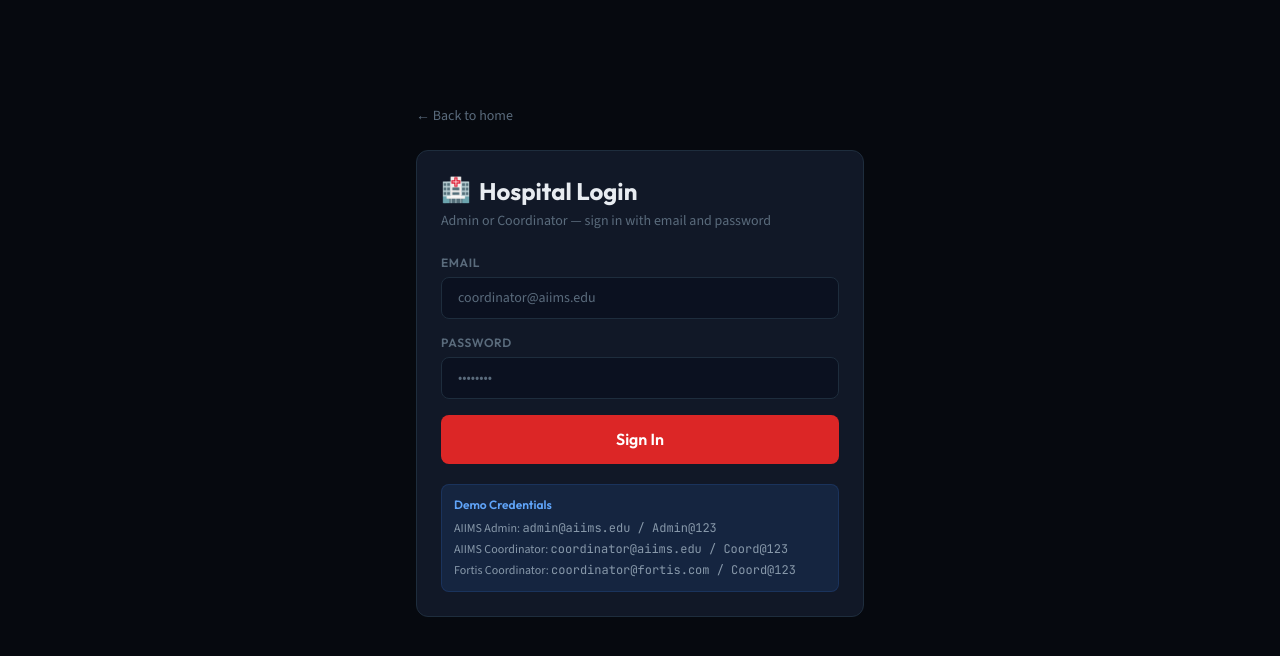
Repository: maitri25jain/LifeBride-Hackmol-
Page: /hospital/login (app in frontend/)
These files come from the project's save history. The page is drawn as it stood at one moment and after the next save; the edit follows.
The browser window is 1280 px wide. The pictures show the whole page.
The project was rebuilt for these pictures with package versions that can differ from the ones it lists, and the page was loaded fresh each time. Also part of the build but not shown: frontend/vite.config.js, frontend/src/pages/Landing/Landing.jsx, frontend/src/pages/CitizenAuth/CitizenAuth.jsx, frontend/src/pages/CitizenDashboard/CitizenDashboard.jsx, frontend/src/pages/HospitalDashboard/HospitalDashboard.jsx.

Above is the page before, as saved 2026-03-29 10:30:15.

### frontend/index.html
<!DOCTYPE html>
<html lang="en">
  <head>
    <meta charset="UTF-8" />
    <link rel="icon" type="image/svg+xml" href="data:[embedded picture, 125 characters]" />
    <meta name="viewport" content="width=device-width, initial-scale=1.0" />
    <title>LifeBridge — Save Lives, Bridge the Gap</title>
  </head>
  <body>
    <div id="root"></div>
    <script type="module" src="/src/main.jsx"></script>
  </body>
</html>

### frontend/src/App.jsx
import { BrowserRouter, Routes, Route, Navigate } from 'react-router-dom';
// 🚨 Notice we are importing BOTH from our new useAuth.jsx file now!
import { AuthProvider, useAuth } from './context/useAuth';
import Landing from './pages/Landing/Landing';
import CitizenAuth from './pages/CitizenAuth/CitizenAuth';
import CitizenDashboard from './pages/CitizenDashboard/CitizenDashboard';
import HospitalLogin from './pages/HospitalLogin/HospitalLogin';
import HospitalDashboard from './pages/HospitalDashboard/HospitalDashboard';

function ProtectedCitizen({ children }) {
  const { isLoggedIn } = useAuth();
  return isLoggedIn ? children : <Navigate to="/citizen/auth" replace />;
}

function ProtectedHospital({ children }) {
  const { isLoggedIn } = useAuth();
  return isLoggedIn ? children : <Navigate to="/hospital/login" replace />;
}

export default function App() {
  return (
    <BrowserRouter>
      {/* This provider is now correctly powering your entire app */}
      <AuthProvider>
        <Routes>
          <Route path="/" element={<Landing />} />
          <Route path="/citizen/auth" element={<CitizenAuth />} />
          <Route path="/citizen/dashboard" element={<ProtectedCitizen><CitizenDashboard /></ProtectedCitizen>} />
          <Route path="/hospital/login" element={<HospitalLogin />} />
          <Route path="/hospital/dashboard" element={<ProtectedHospital><HospitalDashboard /></ProtectedHospital>} />
          <Route path="*" element={<Navigate to="/" replace />} />
        </Routes>
      </AuthProvider>
    </BrowserRouter>
  );
}

### frontend/src/index.css
@import url('https://fonts.googleapis.com/css2?family=Outfit:wght@300;400;500;600;700;800;900&family=Source+Sans+3:ital,wght@0,300;0,400;0,500;0,600;0,700;1,400&family=JetBrains+Mono:wght@400;500;600&display=swap');

@tailwind base;
@tailwind components;
@tailwind utilities;

:root {
  --bg-deep:    #06090f;
  --bg-base:    #0b1120;
  --bg-raised:  #111827;
  --bg-surface: #1a2332;
  --bg-hover:   #1f2d40;
  --border:     #1e2d3d;
  --border-lit: #2a3f55;

  --text-primary:   #e8ecf1;
  --text-secondary: #8899aa;
  --text-muted:     #5a6b7c;

  --red-50:  #fef2f2;
  --red-100: #fee2e2;
  --red-400: #f87171;
  --red-500: #ef4444;
  --red-600: #dc2626;
  --red-700: #b91c1c;
  --red-glow: rgba(239, 68, 68, 0.15);

  --green-400: #34d399;
  --green-500: #10b981;
  --green-600: #059669;
  --green-glow: rgba(16, 185, 129, 0.15);

  --blue-400: #60a5fa;
  --blue-500: #3b82f6;
  --blue-glow: rgba(59, 130, 246, 0.12);

  --amber-400: #fbbf24;
  --amber-500: #f59e0b;
  --amber-glow: rgba(245, 158, 11, 0.12);

  --font-display: 'Outfit', sans-serif;
  --font-body:    'Source Sans 3', sans-serif;
  --font-mono:    'JetBrains Mono', monospace;
}

* { box-sizing: border-box; margin: 0; padding: 0; }

body {
  font-family: var(--font-body);
  background: var(--bg-deep);
  color: var(--text-primary);
  -webkit-font-smoothing: antialiased;
  -moz-osx-font-smoothing: grayscale;
  line-height: 1.6;
}

::-webkit-scrollbar { width: 6px; }
::-webkit-scrollbar-track { background: var(--bg-base); }
::-webkit-scrollbar-thumb { background: var(--border-lit); border-radius: 3px; }
::-webkit-scrollbar-thumb:hover { background: var(--text-muted); }

@layer components {
  .card {
    @apply rounded-xl p-6;
    background: var(--bg-raised);
    border: 1px solid var(--border);
  }
  .card-surface {
    @apply rounded-xl p-5;
    background: var(--bg-surface);
    border: 1px solid var(--border);
  }

  .btn-primary {
    @apply px-5 py-2.5 rounded-lg font-semibold text-white transition-all duration-200 cursor-pointer;
    background: var(--red-600);
    font-family: var(--font-display);
  }
  .btn-primary:hover {
    background: var(--red-500);
    transform: translateY(-1px);
    box-shadow: 0 4px 20px var(--red-glow);
  }
  .btn-primary:disabled {
    opacity: 0.5;
    cursor: not-allowed;
    transform: none;
    box-shadow: none;
  }

  .btn-secondary {
    @apply px-5 py-2.5 rounded-lg font-semibold transition-all duration-200 cursor-pointer;
    background: var(--bg-surface);
    color: var(--text-primary);
    border: 1px solid var(--border-lit);
    font-family: var(--font-display);
  }
  .btn-secondary:hover {
    background: var(--bg-hover);
    border-color: var(--text-muted);
  }

  .btn-ghost {
    @apply px-4 py-2 rounded-lg text-sm transition-all duration-200 cursor-pointer;
    color: var(--text-secondary);
    background: transparent;
  }
  .btn-ghost:hover {
    background: var(--bg-surface);
    color: var(--text-primary);
  }

  .btn-emerald {
    @apply px-5 py-2.5 rounded-lg font-semibold text-white transition-all duration-200 cursor-pointer;
    background: var(--green-600);
    font-family: var(--font-display);
  }
  .btn-emerald:hover {
    background: var(--green-500);
    box-shadow: 0 4px 20px var(--green-glow);
  }

  .input-field {
    @apply w-full px-4 py-2.5 rounded-lg text-sm outline-none transition-all duration-200;
    background: var(--bg-base);
    border: 1px solid var(--border);
    color: var(--text-primary);
    font-family: var(--font-body);
  }
  .input-field::placeholder { color: var(--text-muted); }
  .input-field:focus {
    border-color: var(--red-500);
    box-shadow: 0 0 0 3px var(--red-glow);
  }

  .select-field {
    @apply w-full px-4 py-2.5 rounded-lg text-sm outline-none transition-all duration-200 appearance-none;
    background: var(--bg-base);
    border: 1px solid var(--border);
    color: var(--text-primary);
    font-family: var(--font-body);
    background-image: url("data:[embedded picture, 161 characters]");
    background-repeat: no-repeat;
    background-position: right 12px center;
  }
  .select-field:focus {
    border-color: var(--red-500);
    box-shadow: 0 0 0 3px var(--red-glow);
  }

  .label {
    @apply block text-xs font-semibold uppercase tracking-wider mb-1.5;
    color: var(--text-muted);
    font-family: var(--font-display);
  }

  .badge {
    @apply inline-flex items-center px-2.5 py-0.5 rounded-full text-xs font-semibold;
    font-family: var(--font-display);
  }
  .badge-critical { background: rgba(239,68,68,0.15); color: var(--red-400); border: 1px solid rgba(239,68,68,0.25); }
  .badge-urgent   { background: var(--amber-glow); color: var(--amber-400); border: 1px solid rgba(245,158,11,0.25); }
  .badge-standard { background: var(--green-glow); color: var(--green-400); border: 1px solid rgba(16,185,129,0.25); }
  .badge-normal   { background: var(--green-glow); color: var(--green-400); border: 1px solid rgba(16,185,129,0.25); }
  .badge-active   { background: var(--green-glow); color: var(--green-400); border: 1px solid rgba(16,185,129,0.25); }
  .badge-verified { background: var(--blue-glow); color: var(--blue-400); border: 1px solid rgba(59,130,246,0.25); }
  .badge-info     { background: var(--blue-glow); color: var(--blue-400); border: 1px solid rgba(59,130,246,0.25); }
}

@keyframes fadeUp {
  from { opacity: 0; transform: translateY(16px); }
  to   { opacity: 1; transform: translateY(0); }
}
@keyframes fadeIn {
  from { opacity: 0; }
  to   { opacity: 1; }
}
@keyframes pulseGlow {
  0%, 100% { box-shadow: 0 0 0 0 rgba(239, 68, 68, 0.4); }
  50%      { box-shadow: 0 0 0 10px rgba(239, 68, 68, 0); }
}
@keyframes spin {
  to { transform: rotate(360deg); }
}
.animate-fadeUp   { animation: fadeUp 0.5s ease-out forwards; }
.animate-fadeIn   { animation: fadeIn 0.3s ease-out forwards; }
.animate-pulse-glow { animation: pulseGlow 2s infinite; }
.animate-spin     { animation: spin 0.8s linear infinite; }

.stagger > *:nth-child(1) { animation-delay: 0ms; }
.stagger > *:nth-child(2) { animation-delay: 60ms; }
.stagger > *:nth-child(3) { animation-delay: 120ms; }
.stagger > *:nth-child(4) { animation-delay: 180ms; }
.stagger > *:nth-child(5) { animation-delay: 240ms; }
.stagger > *:nth-child(6) { animation-delay: 300ms; }

### frontend/src/context/useAuth.jsx
import { createContext, useContext, useState} from 'react';
// We import the helper functions directly from our API file!
import { getStoredUser, isAuthenticated, logout } from '../api';

const AuthContext = createContext(null);

export function AuthProvider({ children }) {
  const [user, setUser] = useState(getStoredUser());
  const [isLoggedIn, setIsLoggedIn] = useState(isAuthenticated());

  // This runs when you successfully verify the OTP in CitizenAuth
  const setCitizenUser = () => {
    // api.js already saved the token to localStorage, we just update the UI state
    setUser(getStoredUser());
    setIsLoggedIn(true);
  };

  const handleLogout = () => {
    logout(); // This clears 'lb_token' and 'lb_user'
    setUser(null);
    setIsLoggedIn(false);
  };

  return (
    <AuthContext.Provider value={{ user, isLoggedIn, setCitizenUser, logout: handleLogout }}>
      {children}
    </AuthContext.Provider>
  );
}
// eslint-disable-next-line react-refresh/only-export-components
export const useAuth = () => useContext(AuthContext);

### frontend/src/pages/HospitalLogin/HospitalLogin.jsx
import { useState } from 'react';
import { useNavigate, Link } from 'react-router-dom';
import { useAuth } from '../../context/useAuth';
import { hospitalAuth } from "../../api";

export default function HospitalLogin() {
  const navigate = useNavigate();
  const { setCitizenUser } = useAuth();
  const [email, setEmail] = useState('');
  const [password, setPassword] = useState('');
  const [error, setError] = useState('');
  const [loading, setLoading] = useState(false);

  async function handleSubmit(e) {
    e.preventDefault();
    setError('');
    setLoading(true);
    try {
      await hospitalAuth.login(email, password);
      setCitizenUser();
      navigate('/hospital/dashboard');
    } catch (err) {
      setError(err.message);
    }
    setLoading(false);
  }

  return (
    <div
      className="min-h-screen flex items-center justify-center px-6"
      style={{ background: 'var(--bg-deep)' }}
    >
      <div className="w-full max-w-md">
        <Link
          to="/"
          className="inline-flex items-center gap-1 text-sm mb-6"
          style={{ color: 'var(--text-muted)' }}
        >
          ← Back to home
        </Link>

        <div className="card">
          <div className="flex items-center gap-2 mb-1">
            <span className="text-2xl">🏥</span>
            <h1 className="text-2xl font-bold font-display">Hospital Login</h1>
          </div>
          <p className="text-sm mb-6" style={{ color: 'var(--text-muted)' }}>
            Admin or Coordinator — sign in with email and password
          </p>

          <form onSubmit={handleSubmit} className="space-y-4">
            <div>
              <label className="label">Email</label>
              <input
                className="input-field"
                type="email"
                value={email}
                onChange={(e) => setEmail(e.target.value)}
                placeholder="coordinator@aiims.edu"
                required
              />
            </div>
            <div>
              <label className="label">Password</label>
              <input
                className="input-field"
                type="password"
                value={password}
                onChange={(e) => setPassword(e.target.value)}
                placeholder="••••••••"
                required
              />
            </div>
            {error && (
              <div
                className="text-sm px-3 py-2 rounded-lg"
                style={{
                  background: 'var(--red-glow)',
                  color: 'var(--red-400)',
                  border: '1px solid rgba(239,68,68,0.2)',
                }}
              >
                {error}
              </div>
            )}
            <button type="submit" className="btn-primary w-full !py-3" disabled={loading}>
              {loading ? (
                <span className="flex items-center justify-center gap-2">
                  <span
                    className="w-4 h-4 border-2 rounded-full animate-spin"
                    style={{
                      borderColor: 'rgba(255,255,255,0.3)',
                      borderTopColor: 'white',
                    }}
                  />
                  Signing in...
                </span>
              ) : (
                'Sign In'
              )}
            </button>
          </form>

          <div
            className="mt-5 p-3 rounded-lg text-xs"
            style={{
              background: 'var(--blue-glow)',
              border: '1px solid rgba(59,130,246,0.15)',
            }}
          >
            <span className="font-semibold font-display" style={{ color: 'var(--blue-400)' }}>
              Demo Credentials
            </span>
            <div className="mt-1.5 space-y-1" style={{ color: 'var(--text-secondary)' }}>
              <p>
                AIIMS Admin:{' '}
                <span className="font-mono">admin@aiims.edu / Admin@123</span>
              </p>
              <p>
                AIIMS Coordinator:{' '}
                <span className="font-mono">coordinator@aiims.edu / Coord@123</span>
              </p>
              <p>
                Fortis Coordinator:{' '}
                <span className="font-mono">coordinator@fortis.com / Coord@123</span>
              </p>
            </div>
          </div>
        </div>
      </div>
    </div>
  );
}

### frontend/src/api.js
/**
 * API client for LifeBridge FastAPI backend.
 * Maps 1:1 to every endpoint in your backend.
 *
 * Auth strategy:
 *   Hospital staff → email + password → JWT stored in localStorage + httpOnly cookie
 *   Citizens       → phone + OTP (always 123456) → JWT stored in localStorage
 */

const BASE = import.meta.env.VITE_API_URL || 'http://localhost:8000/api';

async function request(path, options = {}) {
  const token = localStorage.getItem('lb_token');

  const headers = {
    'Content-Type': 'application/json',
    ...(token && { Authorization: `Bearer ${token}` }),
    ...options.headers,
  };

  const res = await fetch(`${BASE}${path}`, {
    ...options,
    headers,
    credentials: 'include',
  });

  if (res.status === 401) {
    localStorage.removeItem('lb_token');
    localStorage.removeItem('lb_user');
  }

  const data = await res.json().catch(() => ({}));

  if (!res.ok) {
    const error = new Error(data.detail || data.error || 'Request failed');
    error.status = res.status;
    error.data = data;
    throw error;
  }

  return data;
}

// ═══════════════════════════════════════════════
// HOSPITAL STAFF AUTH — email + password
// Backend: POST /api/auth/login, GET /api/auth/me
// ═══════════════════════════════════════════════

export const hospitalAuth = {
  login: async (email, password) => {
    const data = await request('/auth/login', {
      method: 'POST',
      body: JSON.stringify({ email, password }),
    });
    if (data.access_token) {
      localStorage.setItem('lb_token', data.access_token);
    }
    return data;
  },

  getMe: () => request('/auth/me'),
};

// ═══════════════════════════════════════════════
// CITIZEN AUTH — phone + OTP
// Backend: POST /api/auth/register/send-otp
//          POST /api/auth/register/verify
//          POST /api/auth/login/send-otp
//          POST /api/auth/login/verify
// ═══════════════════════════════════════════════

export const citizenAuth = {
  registerSendOTP: (payload) =>
    request('/auth/register/send-otp', {
      method: 'POST',
      body: JSON.stringify(payload),
    }),

  registerVerify: async (phone, otp) => {
    const data = await request('/auth/register/verify', {
      method: 'POST',
      body: JSON.stringify({ phone, otp }),
    });
    if (data.access_token) {
      localStorage.setItem('lb_token', data.access_token);
      localStorage.setItem(
        'lb_user',
        JSON.stringify({
          id: data.citizen_id,
          name: data.full_name,
          phone: data.phone,
          blood_type: data.blood_type,
          role: 'citizen',
          has_pledge: data.has_pledge,
        })
      );
    }
    return data;
  },

  loginSendOTP: (phone) =>
    request('/auth/login/send-otp', {
      method: 'POST',
      body: JSON.stringify({ phone }),
    }),

  loginVerify: async (phone, otp) => {
    const data = await request('/auth/login/verify', {
      method: 'POST',
      body: JSON.stringify({ phone, otp }),
    });
    if (data.access_token) {
      localStorage.setItem('lb_token', data.access_token);
      localStorage.setItem(
        'lb_user',
        JSON.stringify({
          id: data.citizen_id,
          name: data.full_name,
          phone: data.phone,
          blood_type: data.blood_type,
          role: 'citizen',
          has_pledge: data.has_pledge,
        })
      );
    }
    return data;
  },
};

// ═══════════════════════════════════════════════
// CITIZEN ENDPOINTS
// Backend: GET  /api/citizens/me
//          POST /api/citizens/pledge
//          GET  /api/citizens/alerts
//          POST /api/citizens/alerts/{id}/respond
// ═══════════════════════════════════════════════

export const citizens = {
  getMe: () => request('/citizens/me'),

  submitPledge: (payload) =>
    request('/citizens/pledge', {
      method: 'POST',
      body: JSON.stringify(payload),
    }),

  getAlerts: () => request('/citizens/alerts'),

  respondToAlert: (alertId) =>
    request(`/citizens/alerts/${alertId}/respond`, { method: 'POST' }),
};

// ═══════════════════════════════════════════════
// HOSPITAL DASHBOARD
// Backend: GET /api/dashboard/stats
// ═══════════════════════════════════════════════

export const dashboard = {
  getStats: () => request('/dashboard/stats'),
};

// ═══════════════════════════════════════════════
// RECIPIENTS
// Backend: POST /api/recipients/
//          GET  /api/recipients/
// ═══════════════════════════════════════════════

export const recipients = {
  create: (payload) =>
    request('/recipients/', {
      method: 'POST',
      body: JSON.stringify(payload),
    }),

  list: () => request('/recipients/'),
};

// ═══════════════════════════════════════════════
// DONORS
// Backend: POST /api/donors/
//          GET  /api/donors/
//          POST /api/donors/match/organ
//          POST /api/donors/match/blood
//          GET  /api/donors/match/history
// ═══════════════════════════════════════════════

export const donors = {
  create: (payload) =>
    request('/donors/', {
      method: 'POST',
      body: JSON.stringify(payload),
    }),

  list: () => request('/donors/'),

  matchOrgan: () => request('/donors/match/organ', { method: 'POST' }),

  matchBlood: () => request('/donors/match/blood', { method: 'POST' }),

  matchHistory: () => request('/donors/match/history'),
};

// ═══════════════════════════════════════════════
// ACCOUNTS — hospital_admin manages coordinators
// Backend: POST /api/accounts/coordinators
//          GET  /api/accounts/coordinators
//          PUT  /api/accounts/coordinators/{id}
// ═══════════════════════════════════════════════

export const accounts = {
  createCoordinator: (payload) =>
    request('/accounts/coordinators', {
      method: 'POST',
      body: JSON.stringify(payload),
    }),

  listCoordinators: () => request('/accounts/coordinators'),

  updateCoordinator: (id, payload) =>
    request(`/accounts/coordinators/${id}`, {
      method: 'PUT',
      body: JSON.stringify(payload),
    }),
};

// ═══════════════════════════════════════════════
// BLOOD ALERTS — coordinator broadcasts
// Backend: POST /api/alerts/
//          GET  /api/alerts/
//          PUT  /api/alerts/{id}/close
// ═══════════════════════════════════════════════

export const alerts = {
  create: (payload) =>
    request('/alerts/', {
      method: 'POST',
      body: JSON.stringify(payload),
    }),

  list: () => request('/alerts/'),

  close: (alertId) =>
    request(`/alerts/${alertId}/close`, { method: 'PUT' }),
};

// ═══════════════════════════════════════════════
// HEALTH
// Backend: GET /api/health
// ═══════════════════════════════════════════════

export const health = {
  check: () => request('/health').catch(() => ({ status: 'unreachable' })),
};

// ═══════════════════════════════════════════════
// UTILITIES
// ═══════════════════════════════════════════════

export function logout() {
  localStorage.removeItem('lb_token');
  localStorage.removeItem('lb_user');
  window.location.href = '/';
}

export function getStoredUser() {
  try {
    return JSON.parse(localStorage.getItem('lb_user'));
  } catch {
    return null;
  }
}

export function isAuthenticated() {
  return !!localStorage.getItem('lb_token');
}

### frontend/tailwind.config.js
/** @type {import('tailwindcss').Config} */
export default {
  content: ['./index.html', './src/**/*.{js,jsx}'],
  theme: {
    extend: {
      fontFamily: {
        display: ['Outfit', 'sans-serif'],
        body: ['Source Sans 3', 'sans-serif'],
        mono: ['JetBrains Mono', 'monospace'],
      },
    },
  },
  plugins: [],
};

Loaded but not shown: frontend/src/main.jsx (common file)

After the next save:
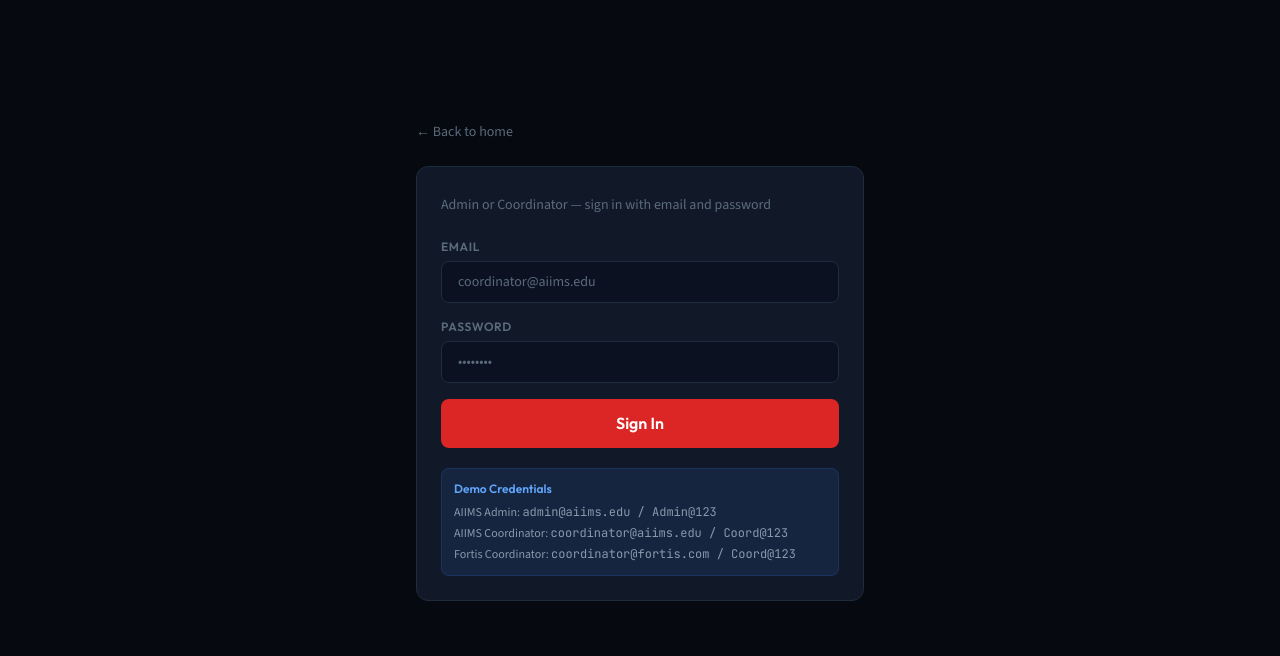
Saved 38 min 56 s later.
--- a/frontend/src/pages/HospitalLogin/HospitalLogin.jsx
+++ b/frontend/src/pages/HospitalLogin/HospitalLogin.jsx
@@ -41,8 +41,8 @@
 
         <div className="card">
           <div className="flex items-center gap-2 mb-1">
-            <span className="text-2xl">🏥</span>
-            <h1 className="text-2xl font-bold font-display">Hospital Login</h1>
+            {/* <span className="text-2xl">🏥</span>
+            <h1 className="text-2xl font-bold font-display">Hospital Login</h1> */}
           </div>
           <p className="text-sm mb-6" style={{ color: 'var(--text-muted)' }}>
             Admin or Coordinator — sign in with email and password

After the save that followed:
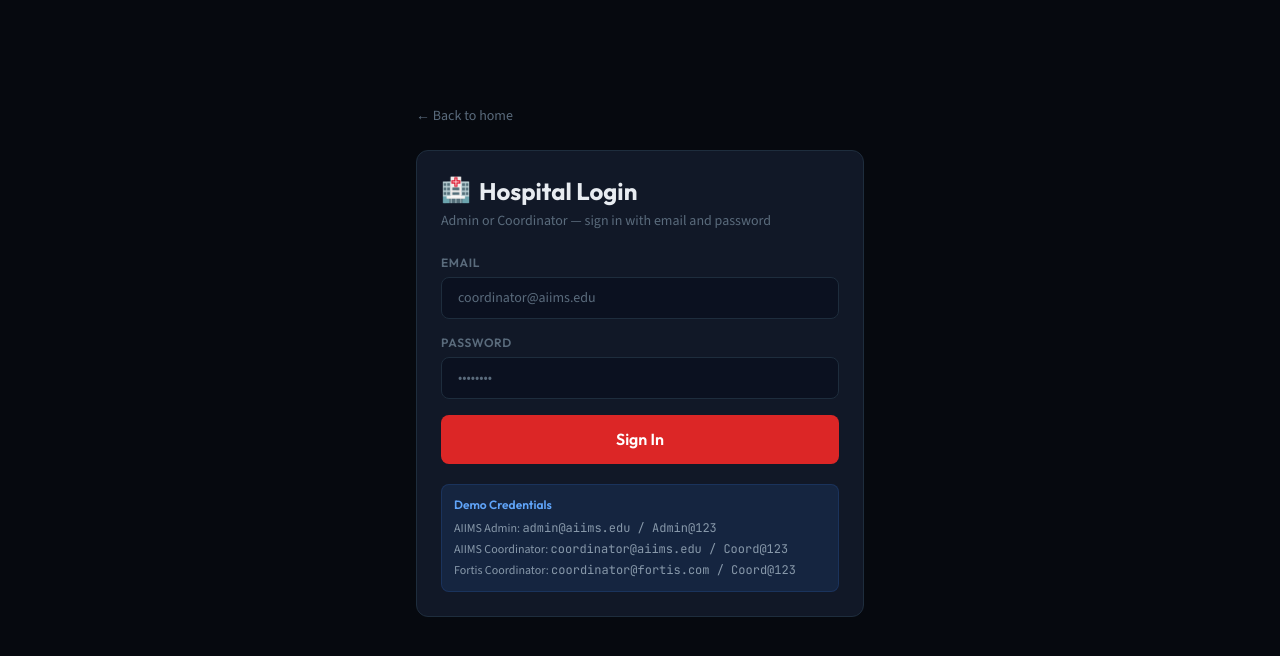
Saved 5 s later.
--- a/frontend/src/pages/HospitalLogin/HospitalLogin.jsx
+++ b/frontend/src/pages/HospitalLogin/HospitalLogin.jsx
@@ -41,8 +41,8 @@
 
         <div className="card">
           <div className="flex items-center gap-2 mb-1">
-            {/* <span className="text-2xl">🏥</span>
-            <h1 className="text-2xl font-bold font-display">Hospital Login</h1> */}
+            <span className="text-2xl">🏥</span>
+            <h1 className="text-2xl font-bold font-display">Hospital Login</h1>
           </div>
           <p className="text-sm mb-6" style={{ color: 'var(--text-muted)' }}>
             Admin or Coordinator — sign in with email and password
